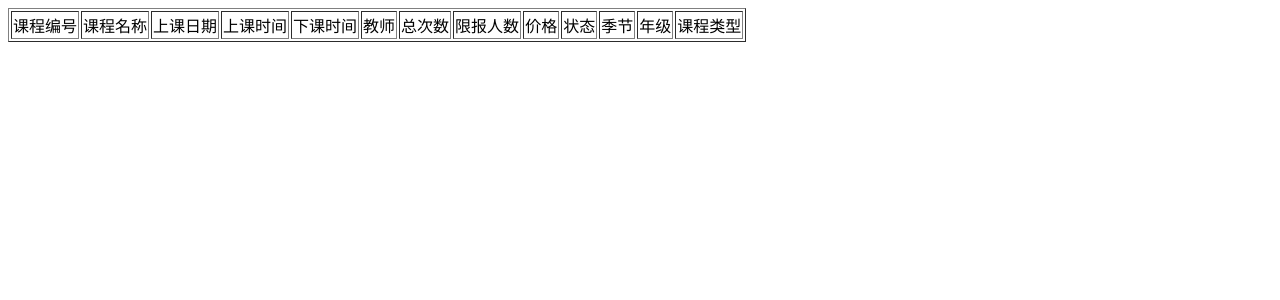
Repository: arkulo56/codeLibrary
Page: http://localhost/firstWeb/courseList.jsp
These files come from the project's save history. The page is drawn as it stood at one moment and after the next save; the edit follows.
The browser window is 1280 px wide. The pictures show the whole page.
The page is served by Tomcat 9. Other server files are loaded and not shown. Queries for data that is not in the repository find no rows.

Above is the page before, as saved 2016-04-23 02:01:56.

### java/firstWeb/WebContent/courseList.jsp
<%@page import="model.Course"%>
<%@page import="action.CourseAction"%>
<%@ page import="java.util.*" %>
<%@ page language="java" contentType="text/html; charset=UTF-8"
    pageEncoding="UTF-8"%>
<!DOCTYPE html PUBLIC "-//W3C//DTD HTML 4.01 Transitional//EN" "http://www.w3.org/TR/html4/loose.dtd">
<html>
<head>
<meta http-equiv="Content-Type" content="text/html; charset=UTF-8">
<title>课程表</title>
</head>
<body>
<table border="1">
<tr>
<td>课程编号</td>
<td>课程名称</td>
<td>上课日期</td>
<td>上课时间</td>
<td>下课时间</td>
<td>教师</td>
<td>总次数</td>
<td>限报人数</td>
<td>价格</td>
<td>状态</td>
<td>季节</td>
<td>年级</td>
<td>课程类型</td>
</tr>
<%
CourseAction ca = new CourseAction();
List wh = new ArrayList();
List<Course> res = ca.get(wh);
for(int i=0;i<res.size();i++)
{
	Course t = res.get(i);
%>
<tr>
<td><%=t.getId() %></td>
<td><%=t.getName() %></td>
<td><%=t.getClassDate() %></td>
<td><%=t.getStartTime() %></td>
<td><%=t.getEndTime() %></td>
<td><%=t.getTeacher() %></td>
<td><%=t.getClassNumber() %></td>
<td><%=t.getStudentNumber() %></td>
<td>¥<%=t.getPrice() %></td>
<td><%=t.getStatus() %></td>
<td><%=t.getSeason() %></td>
<td><%=t.getClassLevel() %></td>
<td><%=t.getClassGategory() %></td>
</tr>





<%
}
%>
</table>
</body>
</html>

### java/firstWeb/src/action/CourseAction.java
package action;

import java.sql.SQLException;
import java.util.ArrayList;
import java.util.HashMap;
import java.util.List;
import java.util.Map;

import dao.CourseDao;
import model.Course;
import model.CourseSeries;
import model.CourseSeriesItem;

public class CourseAction {

	public boolean addNewCourse(Course cr) throws SQLException
	{
		//初始化action
		CourseSeriesAction csa = new CourseSeriesAction();
		CourseItemAction cia = new CourseItemAction();

		//读取冲突的课程
		List<Course> cst = this.get(cr);
		List<Integer> xx = new ArrayList();
		for(int i=0;i<cst.size();i++)
		{
			xx.add(cst.get(i).getId());
		}
		List<CourseSeriesItem> cs = cia.getCommon(cr, xx);//返回那些不能组合的seriesId

		//插入课程数据
		int courseId = this.addCourse(cr);
		cr.setId(courseId);

		//读取附表可以组合的系列
		List<Integer> ni = new ArrayList();
		for(int i=0;i<cs.size();i++)
		{
			ni.add(cs.get(i).getSeriesId());
		}
		List<CourseSeriesItem> csiRes = cia.get(cr, ni);

		//先添加一个单次的系列和item
		int courseSeriesId = this._setSeries(cr.getClassDate());
		this._setItem(cr.getClassDate(), cr.getId(), courseSeriesId);
		//循环添加
		for(int i=0;i<csiRes.size();i++)
		{
			//生成系列主表
			int csId = this._setSeries(cr.getClassDate());
			//查询系列附表的所有元素
			List<Map> wh = new ArrayList();
			Map m = new HashMap();
			m.put("pre", "and");
			m.put("field", "seriesId");
			m.put("relation", "=");
			m.put("value", csiRes.get(i).getSeriesId());
			wh.add(m);
			List<CourseSeriesItem> res = cia.getCommon(wh);
			//先录入一条自己
			this._setItem(cr.getClassDate(), cr.getId(), csId);
			for(int j=0;j<res.size();j++)
			{
				//重复录入取到的其他课程系列元素
				this._setItem(cr.getClassDate(), res.get(j).getCourseId(), csId);
			}
		}


		return true;
	}
	private int _setSeries(String dt) throws SQLException
	{
		//初始化action
		CourseSeriesAction csa = new CourseSeriesAction();
		//添加单独的一个系列主表
		CourseSeries newCsa = new CourseSeries();
		newCsa.setClassDate(dt);
		return csa.addSeries(newCsa);

	}
	private void _setItem(String dt,int courseId,int courseSeriesId) throws SQLException
	{
		CourseItemAction cia = new CourseItemAction();

		//添加单独的一个系列附表
		CourseSeriesItem csi = new CourseSeriesItem();
		csi.setClassDate(dt);
		csi.setCourseId(courseId);
		csi.setSeriesId(courseSeriesId);
		csi.setSortCourse(0);
		cia.addItem(csi);
	}



	//插入主表数据
	public int addCourse(Course cr) throws SQLException
	{
		CourseDao hd = new CourseDao();
		return hd.add(cr);
	}

	//查询冲突课程
	private List<Course> get(Course cr) throws SQLException
	{
		CourseDao hd = new CourseDao();
		List<Map> wh = new ArrayList();
		//开始时间小于当前课程结束时间
		Map k = new HashMap();
		k.put("pre", "and");
		k.put("field", "startTime");
		k.put("relation", "<");
		k.put("value", "'"+cr.getEndTime()+"'");
		wh.add(k);
		//结束时间大于当前课程开始时间
		Map e = new HashMap();
		e.put("pre", "and");
		e.put("field", "endTime");
		e.put("relation", ">");
		e.put("value", "'"+cr.getStartTime()+"'");
		wh.add(e);
		//开课日期相等
		Map ed = new HashMap();
		ed.put("pre", "and");
		ed.put("field", "classDate");
		ed.put("relation", "=");
		ed.put("value", "'"+cr.getClassDate()+"'");
		wh.add(ed);

		return hd.get(wh);
	}
	//普通查询
	public List<Course> get(List<Map> wh) throws SQLException
	{
		CourseDao hd = new CourseDao();
		return hd.get(wh);
	}

}

### java/firstWeb/src/dao/CourseDao.java
package dao;

import java.sql.Connection;
import java.sql.PreparedStatement;
import java.sql.ResultSet;
import java.sql.SQLException;
import java.sql.Statement;
import java.util.ArrayList;
import java.util.List;
import java.util.Map;

import db.MysqlDrive;
import model.Course;

public class CourseDao {
	private Connection con;
	private Statement st;
	//初始化
	public CourseDao()
	{
		con = MysqlDrive.getCon();
		try
		{
			st = con.createStatement();
		}catch(SQLException e)
		{
			System.out.println("statement初始化失败");
		}
	}
	//查询
	public List<Course> get(List<Map> wh) throws SQLException
	{
		String sql = "select * from course where 1=1";
		for(int i=0;i<wh.size();i++)
		{
			//System.out.println(wh.get(i).keySet());
			sql = sql+" "+wh.get(i).get("pre")+" "+wh.get(i).get("field")+wh.get(i).get("relation")+wh.get(i).get("value");
		}
		//System.out.println(sql);
		ResultSet res = st.executeQuery(sql);
		List<Course> r = new ArrayList();
		while(res.next())
		{
			Course n = new Course();
			n.setId(res.getInt("id"));
			n.setName(res.getString("name"));
			n.setClassDate(res.getString("classDate"));
			n.setStartTime(res.getString("startTime"));
			n.setEndTime(res.getString("endTime"));
			n.setTeacher(res.getString("teacher"));
			n.setClassNumber(res.getInt("classNumber"));
			n.setStudentNumber(res.getInt("studentNumber"));
			n.setPrice(res.getFloat("price"));
			n.setStatus(res.getInt("status"));
			n.setSeason(res.getString("season"));
			n.setClassLevel(res.getInt("classLevel"));
			n.setClassGategory(res.getInt("classGategory"));

			r.add(n);
		}
		return r;
	}
	//添加
	public int add(Course nc) throws SQLException
	{
		String sql = "insert into course values(null,?,?,?,?,?,?,?,?,?,?,?,?)";
		PreparedStatement pst = con.prepareStatement(sql,Statement.RETURN_GENERATED_KEYS);
		pst.setString(1, nc.getName());
		pst.setString(2, nc.getClassDate());
		pst.setString(3, nc.getStartTime());
		pst.setString(4, nc.getEndTime());
		pst.setString(5, nc.getTeacher());
		pst.setInt(6, nc.getClassNumber());
		pst.setInt(7, nc.getStudentNumber());
		pst.setFloat(8, nc.getPrice());
		pst.setInt(9, nc.getStatus());
		pst.setString(10, nc.getSeason());
		pst.setInt(11, nc.getClassLevel());
		pst.setInt(12, nc.getClassGategory());

		pst.executeUpdate();
		ResultSet res = pst.getGeneratedKeys();
		if(res.next())
		{
			return res.getInt(1);
		}
		return 0;
	}

//	public boolean del(int id)
//	{
//
//	}
//
}

### java/firstWeb/src/db/MysqlDrive.java
package db;

import java.sql.Connection;
import java.sql.DriverManager;
import java.sql.ResultSet;
import java.sql.SQLException;
import java.sql.Statement;

public class MysqlDrive {
	private static String url = "jdbc:mysql://192.168.99.100:3306/course?useUnicode=true&characterEncoding=utf8&useSSL=false";
	private static String use = "root";
	private static String passwd = "123456";
	private static Connection con = null;

	static{
		try{
			//step1:动态加载驱动
			Class.forName("com.mysql.jdbc.Driver");
			//step2:连接数据库
			con = DriverManager.getConnection(url, use, passwd);
		}catch(ClassNotFoundException e)
		{
			System.out.println("加载mysql驱动失败");
		}catch(SQLException e)
		{
			System.out.println("连接数据库失败");
		}
	}

	public static Connection getCon()
	{
		return con;
	}

}

After the next save:
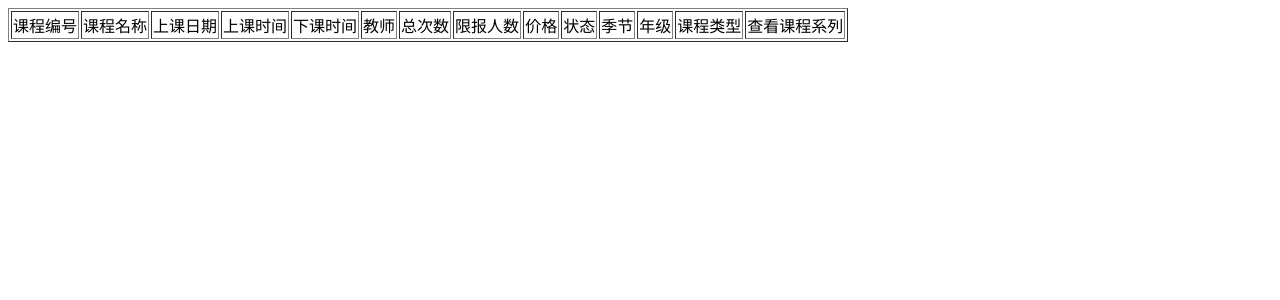
Saved 110 s later.
--- a/java/firstWeb/WebContent/courseList.jsp
+++ b/java/firstWeb/WebContent/courseList.jsp
@@ -25,6 +25,7 @@
 <td>季节</td>
 <td>年级</td>
 <td>课程类型</td>
+<td>查看课程系列</td>
 </tr>
 <%
 CourseAction ca = new CourseAction();
@@ -48,6 +49,7 @@ for(int i=0;i<res.size();i++)
 <td><%=t.getSeason() %></td>
 <td><%=t.getClassLevel() %></td>
 <td><%=t.getClassGategory() %></td>
+<td><a href="courseSeries.jsp?courseId=<%=t.getId() %>">查看课程系列</a></td>
 </tr>
 
 
